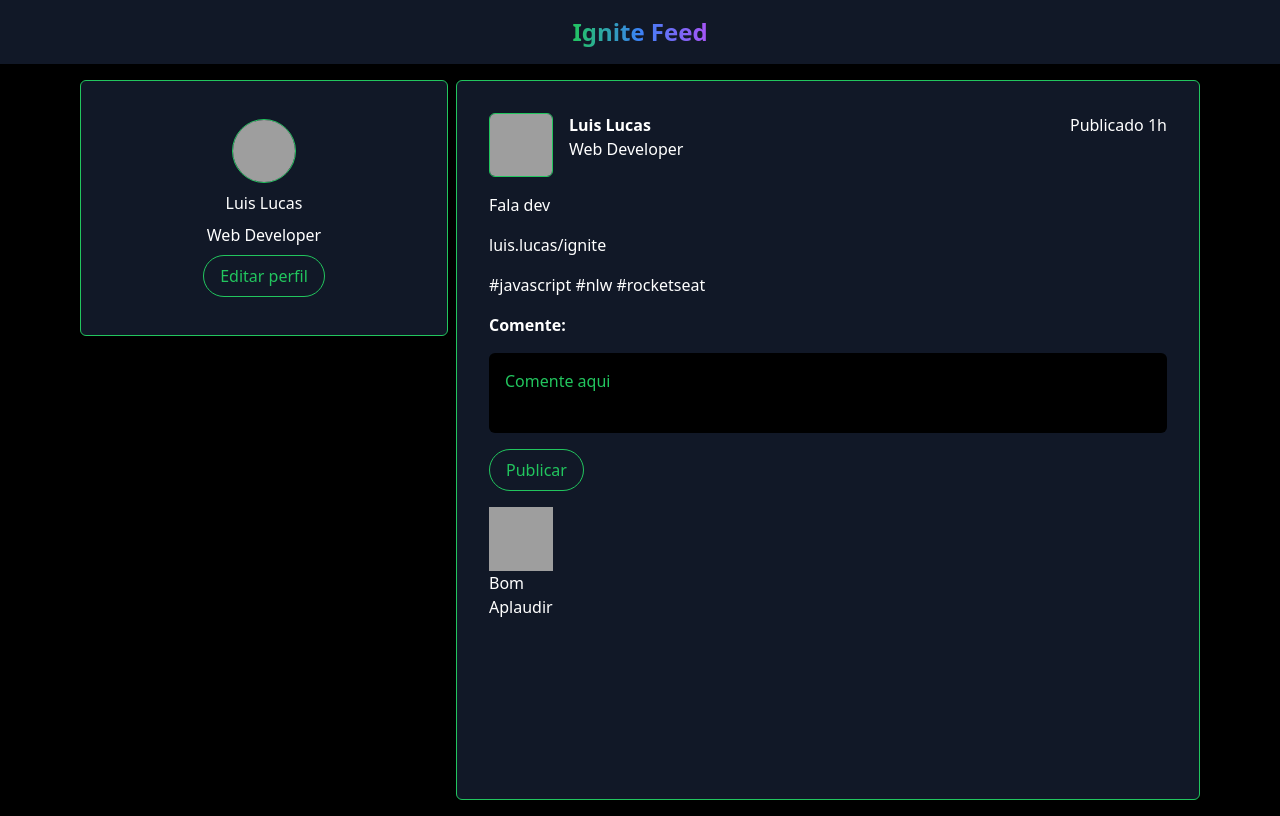
Repository: LuisSempre/ignite-feed
Page: /
The author's editor kept a copy of each file at every save. The page is drawn from the files as they stood at one save, then again after the next save.
The browser window is 1280 px wide. The pictures show the whole page.
Pictures or frames that could not be fetched are drawn as grey boxes. The project was rebuilt for these pictures with package versions that can differ from the ones it lists, and the page was loaded fresh each time. Also part of the build but not shown: vite.config.js.

Above is the page before, as saved 2022-07-14 21:22:42.

### src/App.jsx
import { Header } from "./Components/Header"
import { Sidebar } from "./Components/Sidebar"
import { Post } from "./Components/Post"

function App() {
  return (
    <div>
      <Header />
      <div className="grid items-start max-w-6xl grid-cols-3 gap-2 p-4 mx-auto">
        <Sidebar />
        <div className="col-span-2">
         <Post />
        </div>
      </div>
    </div>
  );
}

export default App;

### src/index.css
@tailwind base;
@tailwind components;
@tailwind utilities;

body {
    @apply bg-black text-white;
}

### src/Components/Header.jsx
export function Header() {
  return (
    <div className="flex items-center justify-center h-16 bg-gray-900 mx-auto w-full">
      <h1 className="text-2xl font-bold text-transparent bg-clip-text bg-gradient-to-r from-green-500  via-blue-500 to-purple-500">Ignite Feed</h1>
    </div>
  )
}

### src/Components/Sidebar.jsx
export function Sidebar() {
  return (
    <div className="rounded-md bg-gray-900 justify-center items-center flex flex-col text-center h-64 space-y-2  border border-green-500">
        <img
          className="w-16 h-16 rounded-full overflow-hidden object-cover border border-green-500"
          src="https://avatars.githubusercontent.com/u/32404639?v=4"
          alt=""
        />
        <h1>Luis Lucas</h1>
        <span>Web Developer</span>
        <a
          href=""
          className="border border-green-500 px-4 py-2 rounded-full text-green-500"
        >
          Editar perfil
        </a>
    </div>
  );
}

### src/Components/Post.jsx
import { Comment } from "./Comment"

export function Post() {
  return (
    <div className="h-screen p-8 space-y-4 bg-gray-900 border border-green-500 rounded-md ">
      <div className="flex justify-between ">
        <div className="flex gap-4">
          <img
            className="w-16 h-16 border border-green-500 rounded-md"
            src="https://github.com/luissempre.png"
            alt=""
          />
          <div className="flex flex-col">
            <strong>Luis Lucas </strong>
            <span>Web Developer</span>
          </div>
        </div>
        <div>
          <time dataTime="2022-05-11 08:13:00">Publicado 1h</time>
        </div>
      </div>
      <div className="space-y-4">
        <p>Fala dev</p>
        <p>luis.lucas/ignite</p>
        <p>#javascript #nlw #rocketseat</p>
      </div>

      <form className="flex flex-col items-start justify-start space-y-4">
        <strong>Comente:</strong>
        <textarea
          className="w-full p-4 placeholder-green-500 bg-black rounded-md resize-none focus:-green-500"
          placeholder="Comente aqui"
        />
          <button
            type="submit"
            className="px-4 py-2 text-green-500 border border-green-500 rounded-full"
          >
            Publicar
          </button>
      </form>
      <Comment />
    </div>
  );
}

### src/Components/Comment.jsx
export function Comment() {
  return (
    <div className="">
      <img
        className="w-16 h-16"
        src="https://github.com/LuisSempre.png"
        alt=""
      />
      <div>
        <div>
            <p>Bom</p>
        </div>
        <div>Aplaudir</div>
      </div>
    </div>
  );
}

Loaded but not shown: index.html (common file); src/main.jsx (common file); tailwind.config.js (common file)

After the next save:
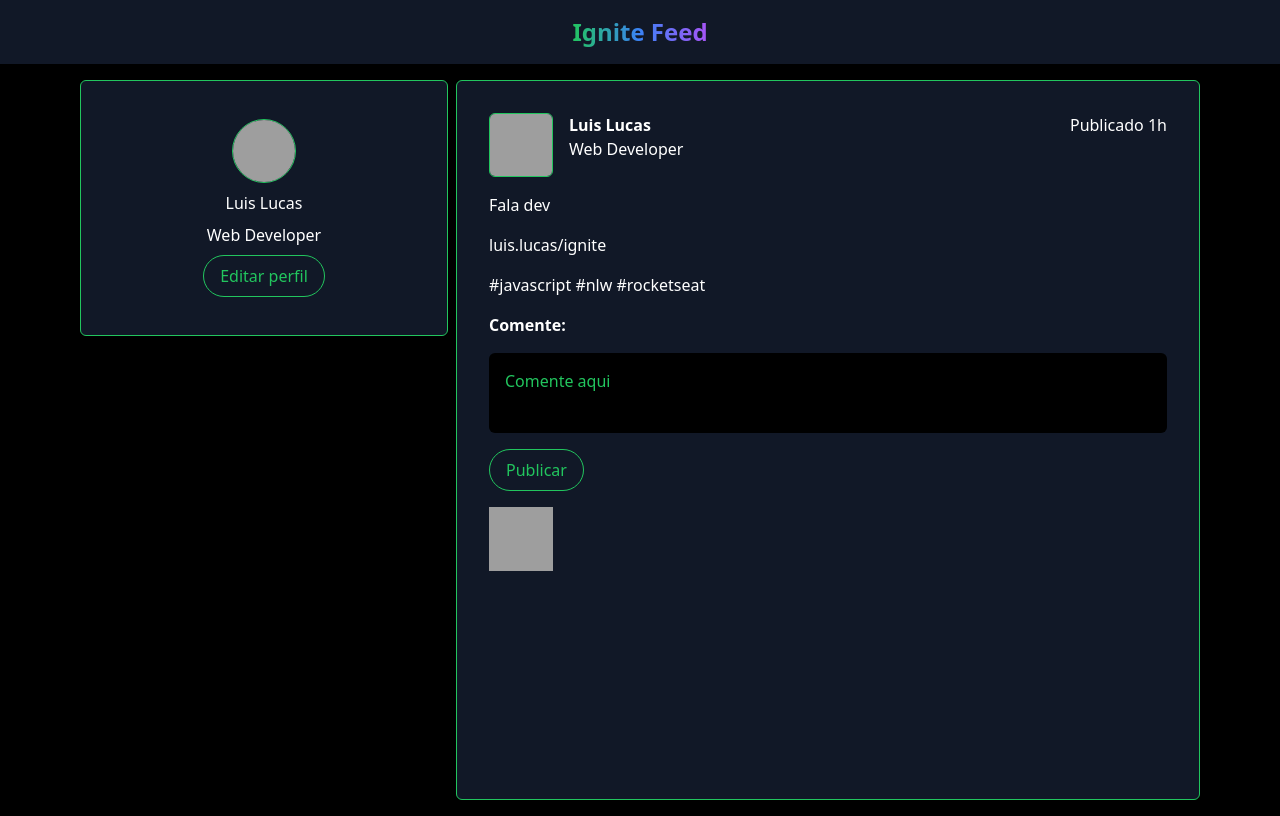
Saved 74 s later.
--- a/src/Components/Comment.jsx
+++ b/src/Components/Comment.jsx
@@ -6,12 +6,6 @@ export function Comment() {
         src="https://github.com/LuisSempre.png"
         alt=""
       />
-      <div>
-        <div>
-            <p>Bom</p>
-        </div>
-        <div>Aplaudir</div>
-      </div>
     </div>
   );
 }
